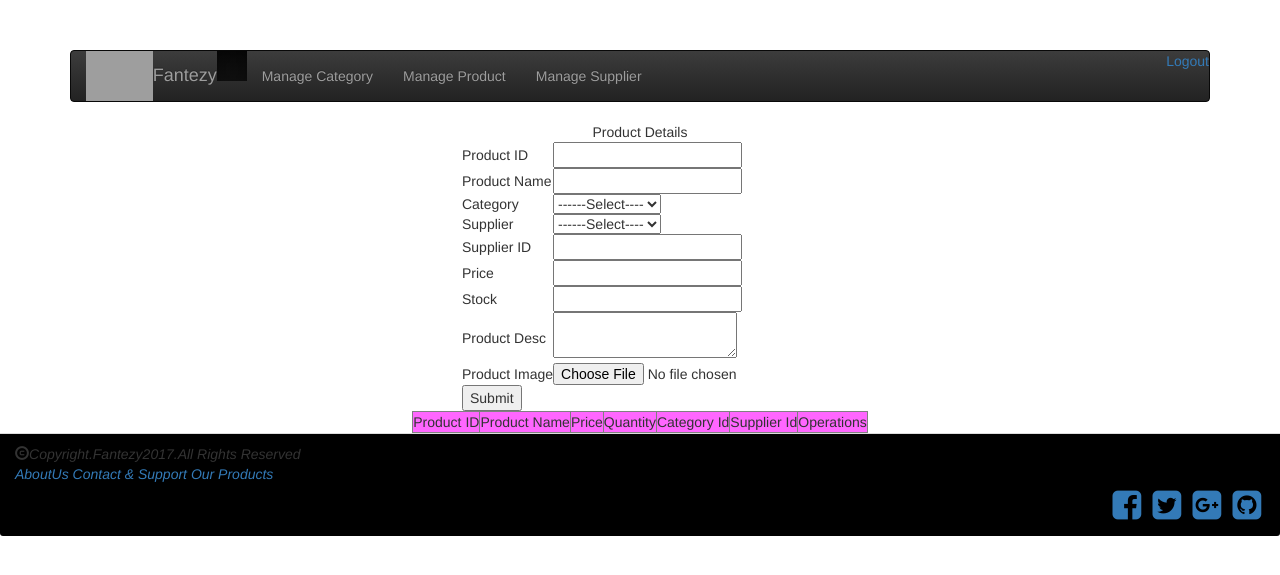
Repository: Safna93/eCommerce-project
Page: http://localhost/FantezyFrontendProject/WEB-INF/views/Product.jsp
An editor plug-in stored every save of this project. The page is shown before and after the next save, followed by the edit.
The browser window is 1280 px wide. The pictures show the whole page.
Pictures or frames that could not be fetched are drawn as grey boxes. Some web libraries are served in a nearby version. The page is served by Tomcat 9. Nobody is signed in. The template is opened directly, without the code that normally fills it, so the values that code supplies are empty.

Above is the page before, as saved 2017-07-11 08:53:07.

After the next save:
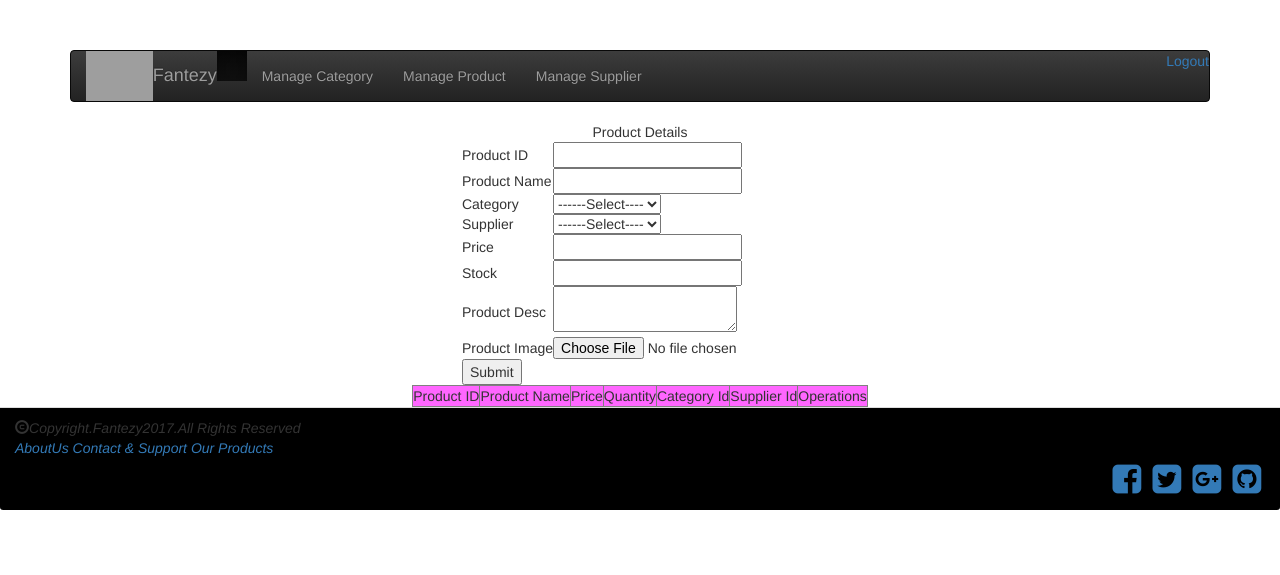
Saved 13 s later.
--- a/Fantezy Project/Fantezy/FantezyFrontendProject/src/main/webapp/WEB-INF/views/Product.jsp
+++ b/Fantezy Project/Fantezy/FantezyFrontendProject/src/main/webapp/WEB-INF/views/Product.jsp
@@ -34,10 +34,7 @@
 					</form:select>
 				</td>
 			</tr>
-			<tr>
-				<td>Supplier ID</td>
-				<td><form:input path="suppid" /></td>
-			</tr>
+
 			<tr>
 				<td>Price</td>
 				<td><form:input path="price" /></td>
